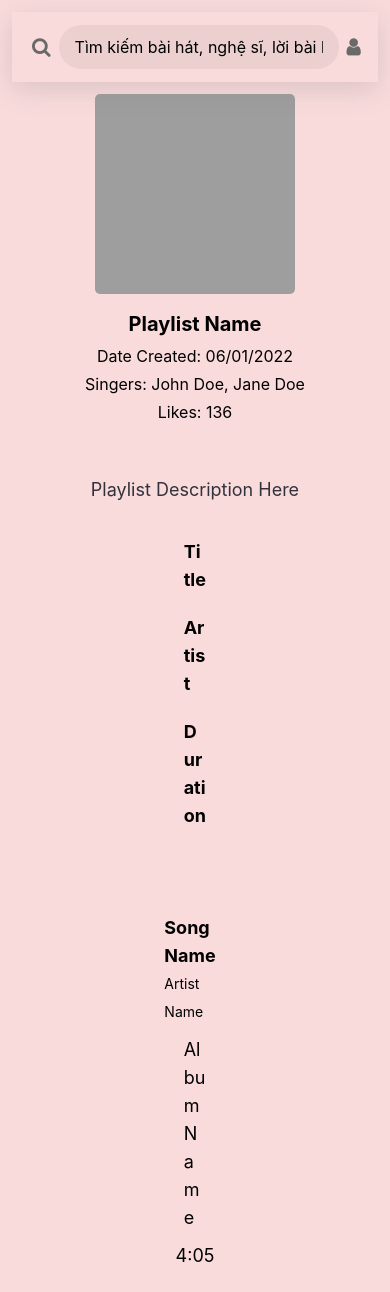
Repository: kauittt/Mobile
Screen: /
An editor plug-in stored every save of this project. The screen is shown before and after the next save, followed by the edit.
Pictures or frames that could not be fetched are drawn as grey boxes. The app was drawn by React Native's web renderer in a window 390 px wide. The project was rebuilt for these pictures with package versions that can differ from the ones it lists, and the page was loaded fresh each time.

Above is the screen before, as saved 2023-05-02 21:20:17.

After the next save:
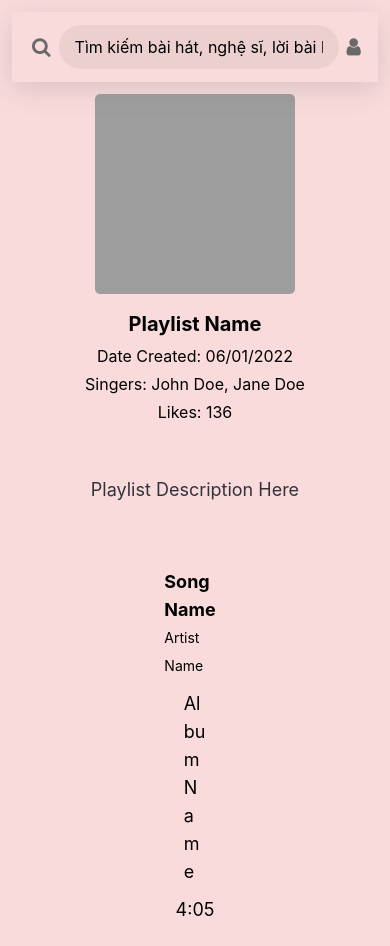
Saved 22 s later.
--- a/components/Playlist/Playlist.jsx
+++ b/components/Playlist/Playlist.jsx
@@ -31,14 +31,7 @@ const Playlist = () => {
         <Text style={styles.listSongContent__desc}>
           Playlist Description Here
         </Text>
-        <View style={styles.listSongContentList}>
-          <View style={styles.listSongContentListHeading}>
-            <Text style={styles.listSongContentListHeading__title}>Title</Text>
-            <Text style={styles.listSongContentListHeading__title}>Artist</Text>
-            <Text style={styles.listSongContentListHeading__title}>
-              Duration
-            </Text>
-          </View>
+        <ScrollView style={styles.listSongContentList}>
           <View style={styles.generalItem}>
             <View style={styles.generalItemInfor}>
               <View style={styles.generalItemInforImg}>
@@ -57,7 +50,7 @@ const Playlist = () => {
             <Text style={styles.generalItem__album}>Album Name</Text>
             <Text style={styles.generalItem__time}>4:05</Text>
           </View>
-        </View>
+        </ScrollView>
       </View>
     </ScrollView>
   );
